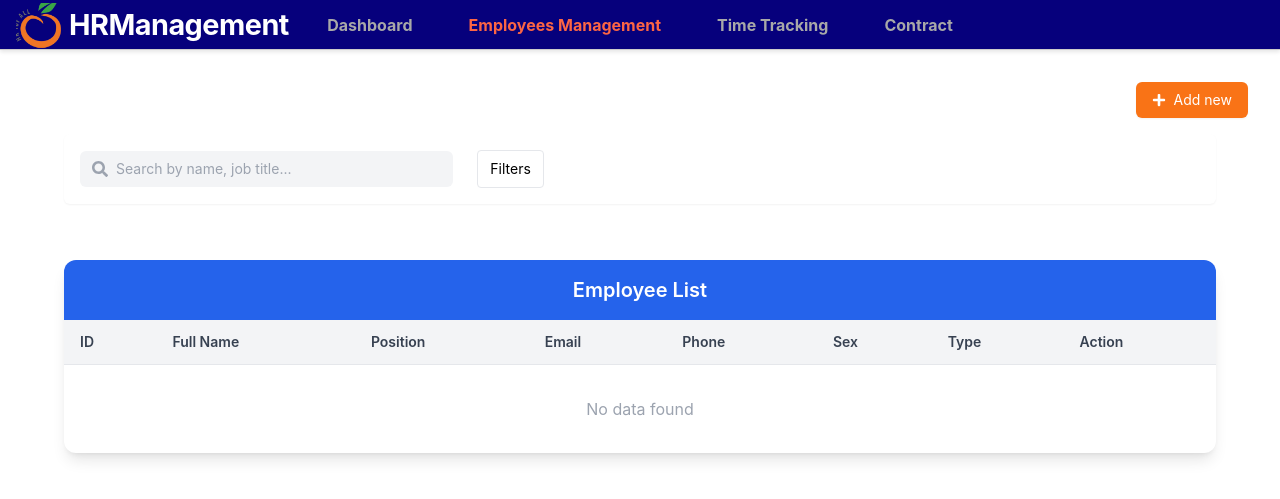
Repository: justJackiee/DA-251
Page: /employeemanagement (app in my-react-app/)
These files come from the project's save history. The page is drawn as it stood at one moment and after the next save; the edit follows.
The browser window is 1280 px wide. The pictures show the whole page.
The page's requests for data from a server got no answer. The project was rebuilt for these pictures with package versions that can differ from the ones it lists, and the page was loaded fresh each time. No one was signed in, and anything a server would have sent is missing. Also part of the build but not shown: my-react-app/src/App.css, my-react-app/src/components/pagination.js, my-react-app/src/pages/dashboard.js, my-react-app/src/components/button.js.

Above is the page before, as saved 2025-12-03 16:05:45.

After the next save:
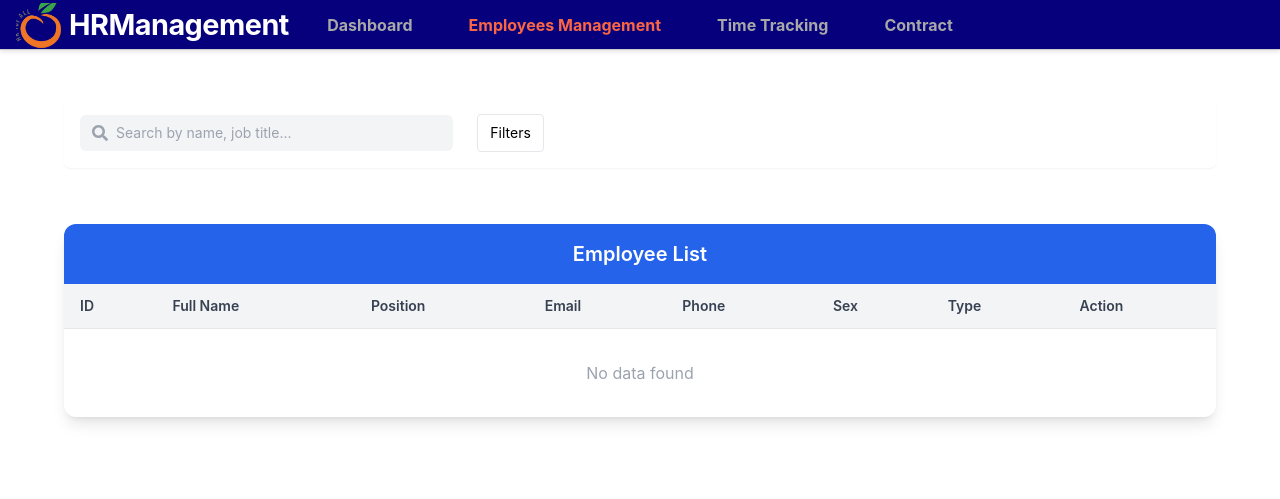
Saved 11 s later.
--- a/my-react-app/src/pages/employeemanagement.js
+++ b/my-react-app/src/pages/employeemanagement.js
@@ -86,14 +86,7 @@ function EmployeeManagement() {
     <div>
       {/* <HeaderTabs active={activeTab} onTabChange={setActiveTab} /> */}
       <div className="flex justify-end">
-        <button
-          onClick={() => navigate('/employees/new')}
-          className="inline-flex items-center gap-2 px-4 py-2 bg-orange-500 hover:bg-orange-600 text-white rounded-md shadow-sm text-sm"
-          aria-label="Add new"
-        >
-          <FaPlus />
-          <span className="hidden sm:inline">Add new</span>
-        </button>
+
       </div>
       <FiltersBar search={search} onSearch={setSearch} filters={filters} onFilterChange={onFilterChange} onClear={onClear} />
       <div className="max-w-7xl mx-auto px-4 sm:px-6 lg:px-8 py-6">
